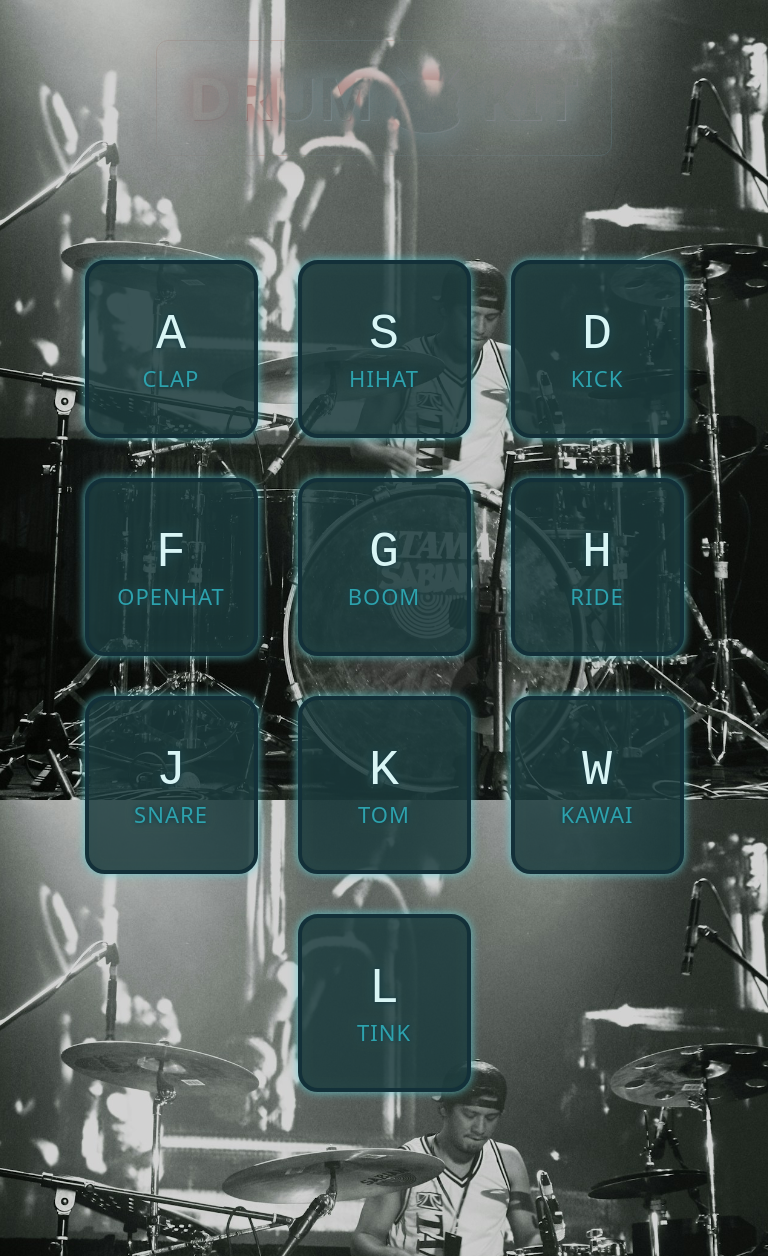
Repository: Freezler/drumkitJS
Page: index.html
An editor plug-in stored every save of this project. The page is shown before and after the next save, followed by the edit.
The browser window is 768 px wide. The pictures show the whole page.
Backgrounds fixed to the window are drawn as part of the page.

Above is the page before, as saved 2024-08-24 12:05:23.
Console error: ReferenceError: key is not defined

### index.html
<!DOCTYPE html>
<html lang="en">

<head>
  <meta charset="UTF-8">
  <title>JS Drum Kit</title>
  <link rel="stylesheet" href="style.css">
  <link rel="icon" href="https://fav.farm/🔥" />
</head>

<body>
  <main>

    <h1>Drum 🥁 Kit</h1>

    <div class="keys">
      <div data-key="65" class="key">
        <kbd>A</kbd>
        <span class="sound">clap</span>
      </div>
      <div data-key="83" class="key">
        <kbd>S</kbd>
        <span class="sound">hihat</span>
      </div>
      <div data-key="68" class="key">
        <kbd>D</kbd>
        <span class="sound">kick</span>
      </div>
      <div data-key="70" class="key">
        <kbd>F</kbd>
        <span class="sound">openhat</span>
      </div>
      <div data-key="71" class="key">
        <kbd>G</kbd>
        <span class="sound">boom</span>
      </div>
      <div data-key="72" class="key">
        <kbd>H</kbd>
        <span class="sound">ride</span>
      </div>
      <div data-key="74" class="key">
        <kbd>J</kbd>
        <span class="sound">snare</span>
      </div>
      <div data-key="75" class="key">
        <kbd>K</kbd>
        <span class="sound">tom</span>
      </div>
      <div data-key="76" class="key">
        <kbd>L</kbd>
        <span class="sound">tink</span>
      </div>
      <div data-key="87" class="key">
        <kbd>W</kbd>
        <span class="sound">kawai</span>
      </div>
    </div>
  </main>

  <audio data-key="65" src="sounds/clap.wav"></audio>
  <audio data-key="83" src="sounds/hihat.wav"></audio>
  <audio data-key="68" src="sounds/kick.wav"></audio>
  <audio data-key="70" src="sounds/openhat.wav"></audio>
  <audio data-key="71" src="sounds/boom.wav"></audio>
  <audio data-key="72" src="sounds/ride.wav"></audio>
  <audio data-key="74" src="sounds/snare.wav"></audio>
  <audio data-key="75" src="sounds/tom.wav"></audio>
  <audio data-key="76" src="sounds/tink.wav"></audio>
  <audio data-key="87" src="sounds/kawai.wav"></audio>


  <script>
    function removeTransition(event) {
      const { propertyName } = event;
      if (propertyName !== 'transform') return;
      event.target.classList.remove('playing');
    }

    function playSound(event) {
      const keyCode = event.type === 'keydown' ? event.keyCode : this.getAttribute('data-key');
      const audio = document.querySelector(`audio[data-key="${keyCode}"]`);
      const key = document.querySelector(`.key[data-key="${keyCode}"]`);
      if (!audio) return;
      key.classList.add('playing');
      audio.currentTime = 0;
      audio.play();
    }

    window.addEventListener('keydown', playSound);

    const keys = document.querySelectorAll('.key');
    keys.forEach(key => {
      key.addEventListener('transitionend', removeTransition);
      key.addEventListener('click', playSound);
    });
    key.addEventListener('touchstart', function (event) {
      event.preventDefault();  // Prevent default touch behavior
      playSound.call(this, event);
    });
  </script>


</body>

</html>

### style.css
:root {
  --000: #f0fbfa;
  --100: #d8f5f5;
  --200: #b5eaec;
  --300: #63cfd5;
  --400: #48bfc8;
  --500: #2da2ad;
  --600: #288492;
  --700: #266b78;
  --800: #275963;
  --900: #254a54;
  --950: #133039;

}

html {
  font-size: 10px;
  background: url('./background2.jpg') bottom center;
  background-color: var(--600);
  background-size: cover;
  background-attachment: fixed;
  background-position: center center;
  background-repeat: no-repeat;
  height: 100vh;
  user-select: none;
  display: grid;
  place-items: center;
}

body,
html {
  margin: 0;
  padding: 0;
  font-family: system-ui, -apple-system, BlinkMacSystemFont, Roboto, Oxygen, Ubuntu, Cantarell, 'Open Sans', 'Helvetica Neue', sans-serif;


}

h1 {
  font-size: clamp(4rem, 5vw, 5em);
  font-weight: 400;
  text-align: center;
  color: var(--000);
  padding-block: 1.6rem;
  padding-inline: 3.2rem;
  text-align: center;
  background-image: linear-gradient(90deg, var(--300) 0%, var(--200) 100%);
  border: 1px solid var(--950);
  border-radius:12px;
  color: transparent;
  background-clip: text;
  -webkit-background-clip: text;
  text-transform: uppercase;
  font-size: clamp(6rem, 5vw, 10rem);
  text-shadow:1px 1px 24px var(--950), -1px -1px 1px #133039;
  font-weight: 700;

  text-wrap: balance;
  mix-blend-mode: exclusion;

  filter: drop-shadow(0 0 1rem var(--300));

}

main {
  place-self: center;
  display: grid;
  place-items: center;
  height: 100%;
  place-content: center;
  text-align: center;
  width: 100%;
  transition: all 0.07s;
  padding-bottom: 10rem;
}

.keys {
  display: grid;
  grid-row: auto;
  grid-template-columns: repeat(2, 1fr);
  text-align: center;
  transition: all 0.03s;
  place-items: center;
}

.key {
  border: .4rem solid var(--950);
  border-radius: 2rem;
  margin: 2rem;
  font-size: 8rem;

  padding: .5rem .250rem;
  transition: all .07s ease;
  width: 16rem;
  height: 16rem;
  display: grid;
  place-items: center;
  place-content: center;

  text-align: center;
  color: var(--100);
  filter: drop-shadow(0 0 .5rem var(--300));
  text-shadow: 0 0 .5rem var(--950);
  background: #01010199;
}

@media screen and (min-width: 980px) {
  .keys {
    grid-template-columns: repeat(4, 1fr);
    /* Wrap into 3 columns on medium screens */
    .key[data-key="87"] {
      place-content: center;
      grid-column: 3;
      grid-row: 3;
    }
    .key[data-key="76"] {
      place-content: center;
      grid-column: 2;
      grid-row: 3;
    }
  }
}

@media screen and (max-width: 980px) {

  .keys {
    padding: 4.4rem;
    grid-template-columns: repeat(3, 1fr);
    /* Wrap into 2 columns on small screens */
    place-items: center;
    justify-content: center;
    .key[data-key="87"] {
      place-content: center;
      grid-column: 3;
      grid-row: 3;
    }

  }
  .key[data-key="87"] {
    place-content: center;
    grid-column: 2;
    grid-row: 5
  }
  .key[data-key="76"] {
    place-content: center;
    grid-column: 2;
    grid-row: 4;
  }
  .key[data-key="75"] {
    place-content: center;
    grid-column: 2;
    grid-row: 3;
  }
}

@media screen and (max-width: 560px) {
  .keys {
    grid-template-columns: repeat(2, 1fr);
    /* Wrap into 1 column on small screens */
  }

  .key[data-key="87"] {
    place-content: center;
    grid-column: 2;
    grid-row: 3;
  }
  .key[data-key="76"] {
    place-content: center;
    grid-column: 3;
    grid-row: 3;
  }
  .key[data-key="75"] {
    place-content: center;
    grid-column: 4;
    grid-row: 2;
  }
}

.playing {
  transform: scale(1.07);
  border-color: var(--200);
  box-shadow: 0 0 1rem var(--300);
  filter: drop-shadow(0 0 .5rem var(--500));

}

kbd {
  display: block;
  font-size: 5rem;
}

.sound {
  font-size: 2.2rem;
  text-transform: uppercase;
  letter-spacing: .1rem;
  color: var(--500);

}

After the next save:
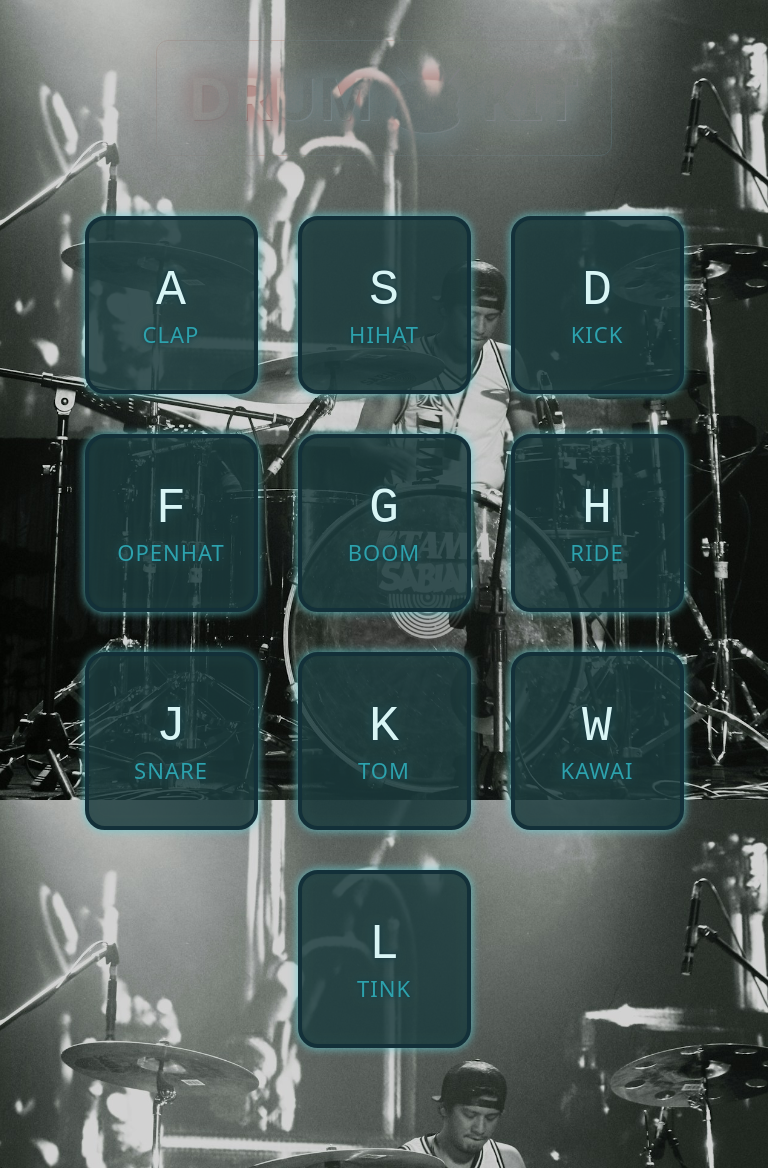
Saved 35 s later.
--- a/style.css
+++ b/style.css
@@ -89,6 +89,7 @@
   margin: 2rem;
   font-size: 8rem;
 
+
   padding: .5rem .250rem;
   transition: all .07s ease;
   width: 16rem;
@@ -124,7 +125,7 @@
 @media screen and (max-width: 980px) {
 
   .keys {
-    padding: 4.4rem;
+
     grid-template-columns: repeat(3, 1fr);
     /* Wrap into 2 columns on small screens */
     place-items: center;
